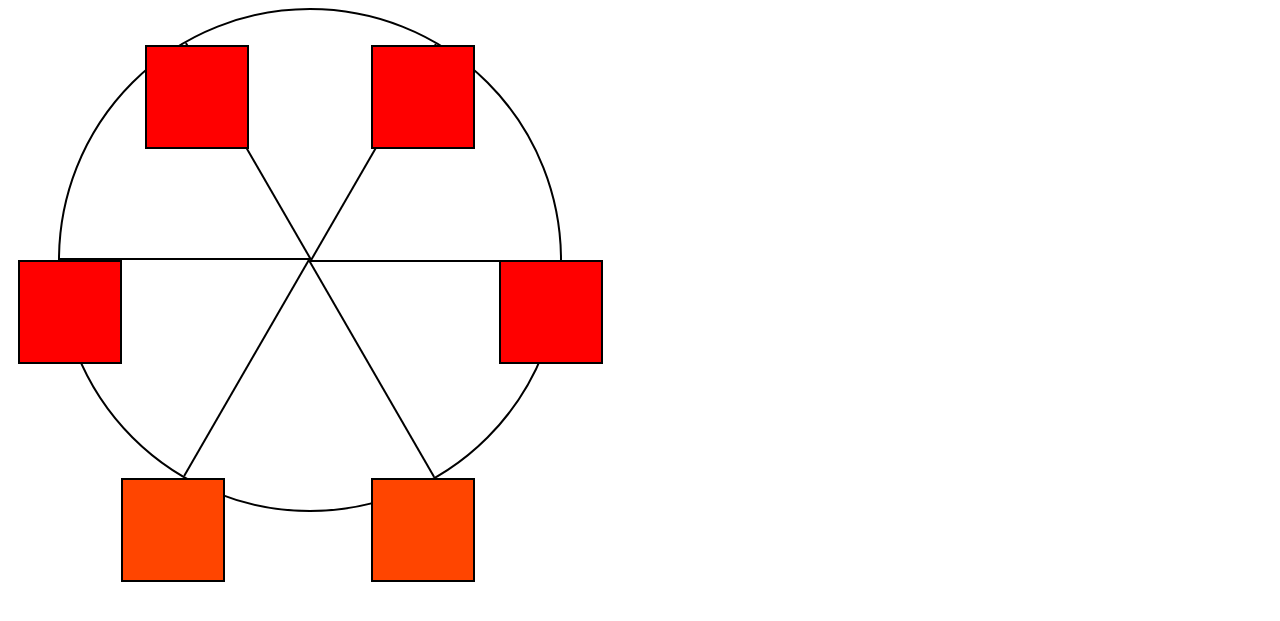
Repository: Lungdjos/ferris_wheel
Page: index.html
These files come from the project's save history. The page is drawn as it stood at one moment and after the next save; the edit follows.
The browser window is 1280 px wide. The pictures show the whole page.

Above is the page before, as saved 2024-01-11 09:26:57.

After the next save:
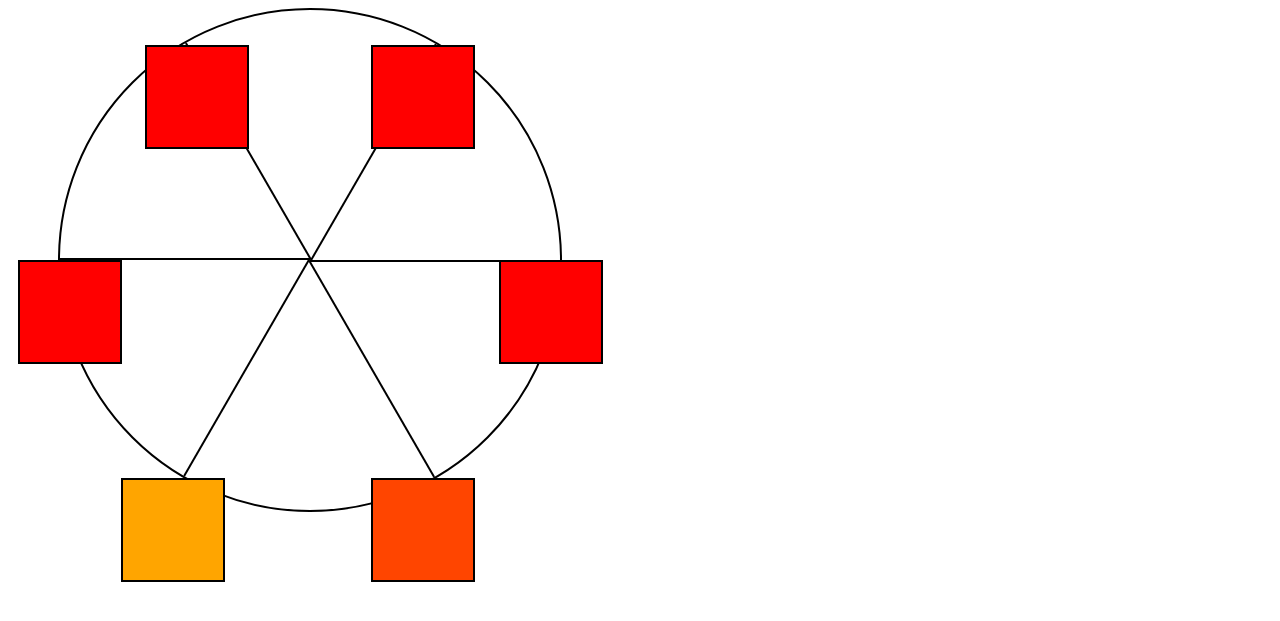
Saved 5 s later.
--- a/styles.css
+++ b/styles.css
@@ -70,7 +70,7 @@
 .cabin:nth-of-type(3) {
     right: 67%;
     top: 93.5%;
-    background-color: orangered;
+    background-color: orange;
 }
 
 .cabin:nth-of-type(4) {
